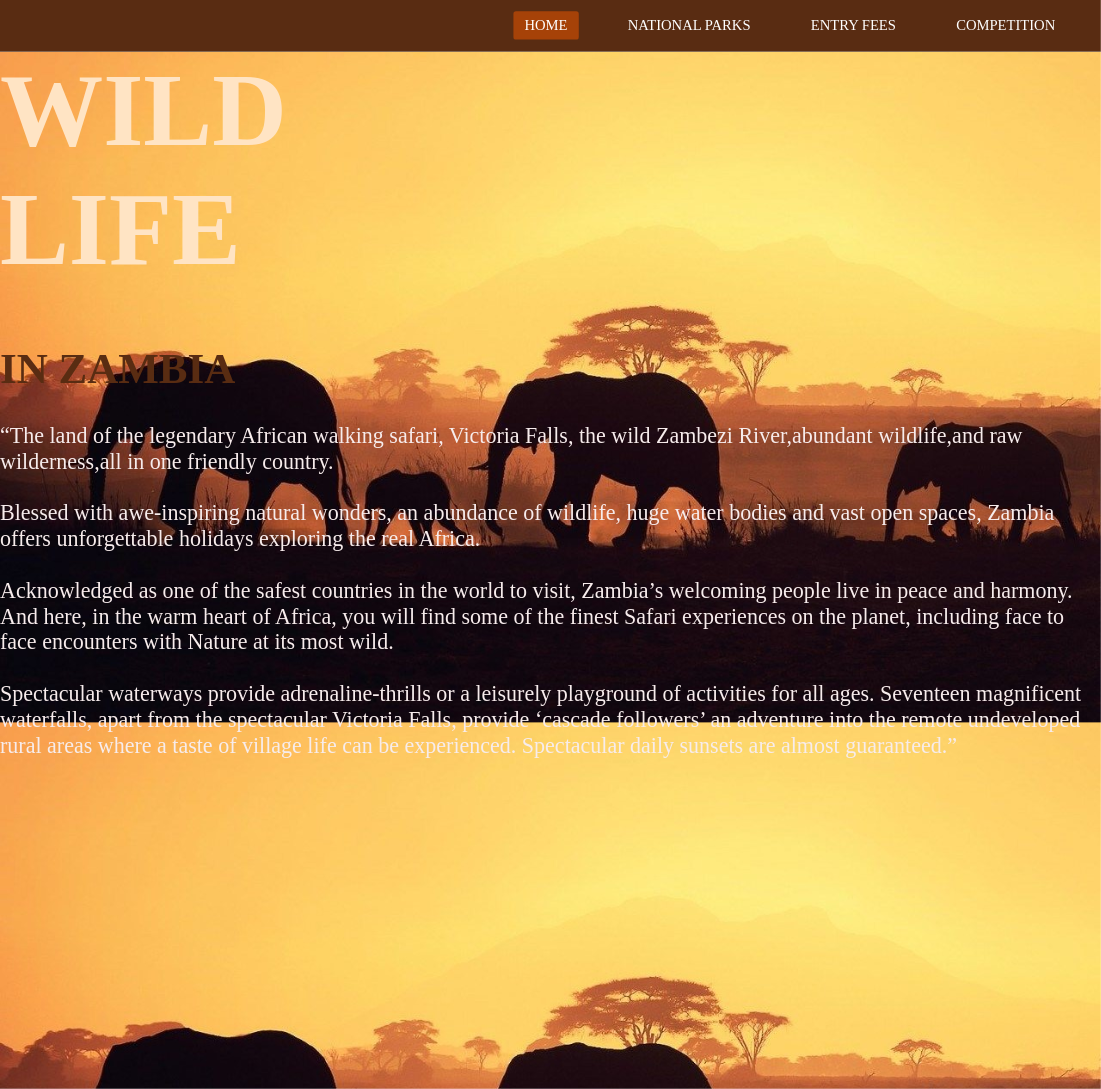
Repository: Lungdjos/web_assignment_3rd_yr
Page: home/index.html
The author's editor kept a copy of each file at every save. The page is drawn from the files as they stood at one save, then again after a run of saves.
The browser window is 1280 px wide. The pictures show the whole page, at 86% of full size.
Some web libraries are served in a nearby version.

Above is the page before, as saved 2021-06-18 15:25:50.

### home/index.html
<!DOCTYPE html>
<html lang="en">

<head>
    <meta charset="UTF-8">
    <meta http-equiv="X-UA-Compatible" content="IE=edge">
    <meta name="viewport" content="width=device-width, initial-scale=1.0">
    <link rel="stylesheet" href="index.css">


    <title>Home</title>
    <script src="https://kit.fontawesome.com/a076d05399.js"></script>
</head>

<body>
    <nav>
        <input type="checkbox" id="check">
        <label for="check" class="checkbtn">
            <i class="fas fa-bars"></i>
        </label>
        <label class="logo">  </label>

        <ul>
            <li><a class="active" href="#">Home</a></li>
            <li><a class="dropdown" href="#">National Parks</a>
                <ul class="drop">
                    <li>
                        <a href="/national parks/lower_zambezi/Lower_Zambezi.html">Lower Zambezi</a>
                    </li>
                    <li>
                        <a href="/national parks/mosi-oa-tunia/Mosi-oa-Tunya.html">Mosi oa Tunia</a>
                    </li>
                    <li>
                        <a href="/national parks/south_luangwa/South_Luangwa.html">South Luangwa</a>
                    </li>
                    <li>
                        <a href="/national parks/north_luangwa/North_Luangwa.html">North Luangwa</a>
                    </li>
                </ul>
            </li>
            <li><a href="/entry fee/entry_fee.html">Entry Fees</a></li>
            <li><a href="/competition/competition.html">Competition</a></li>

        </ul>
    </nav>
    <div>
        <section>
            <div>
                <p class="welcome">
                    <strong class="num1">WILD</strong><br>
                    <strong class="num2">LIFE</strong><br>
                    <strong class="num3">IN ZAMBIA</strong>
                </p>
            </div>
            <br>
            <div>
                <p class="para2">
                    <q>The land of the legendary African walking safari, Victoria Falls, the wild Zambezi River,abundant wildlife,and raw wilderness,all in one friendly country. <br><br>Blessed with awe-inspiring natural wonders, an abundance of wildlife,
                    huge water bodies and vast open spaces, Zambia offers unforgettable holidays exploring the real Africa. <br><br>Acknowledged as one of the safest countries in the world to visit, Zambia’s welcoming people live in peace and harmony. And here,
                    in the warm heart of Africa, you will find some of the finest Safari experiences on the planet, including face to face encounters with Nature at its most wild.<br> <br>Spectacular waterways provide adrenaline-thrills or a leisurely playground
                    of activities for all ages. Seventeen magnificent waterfalls, apart from the spectacular Victoria Falls, provide ‘cascade followers’ an adventure into the remote undeveloped rural areas where a taste of village life can be experienced.
                    Spectacular daily sunsets are almost guaranteed.</q></p>
            </div>

        </section>
    </div>


</body>

</html>

### home/index.css
    * {
        padding: 0;
        margin: 0;
        text-decoration: none;
        box-sizing: border-box;
    }

    body {
        font-family: montserrat;
    }

    nav {
        background: #592C12;
        height: 60px;
        width: 100%;
    }

    label.logo {
        color: white;
        font-size: 35;
        line-height: 60px;
        padding: 0 100px;
        font-weight: bold;
    }

    nav ul {
        float: right;
        margin-right: 20px;
    }

    nav ul li {
        display: inline-block;
        line-height: 60px;
        margin: 0 20px;
    }

    nav ul li a {
        color: white;
        font-size: 17px;
        padding: 7px 13px;
        border-radius: 3px;
        text-transform: uppercase;
    }

    a.active,
    a:hover {
        background: #A64208;
        transition: 0.5s;
    }

    .checkbtn {
        font-size: 30px;
        color: white;
        float: right;
        line-height: 60px;
        margin-right: 40px;
        cursor: pointer;
        display: none;
    }

    #check {
        display: none;
    }

    @media (max-width: 1080px) {
        label.logo {
            font-size: 30px;
            padding-left: 50px;
        }
        nav ul li a {
            font-size: 16px;
        }
    }

    @media (max-width: 1080px) {
        .checkbtn {
            display: block;
        }
        ul {
            position: fixed;
            width: 100%;
            height: 100vh;
            background: #592C12;
            top: 80px;
            left: -100%;
            text-align: center;
            transition: all 0.5s;
        }
        nav ul li {
            display: block;
            margin: 50px 0;
            line-height: 20px;
        }
        nav ul li a {
            font-size: 20px;
            font-family: Arial, Helvetica, sans-serif;
        }
        a:hover,
        a.active {
            background: none;
            color: #F2D1B3;
        }
        #check:checked~ul {
            left: 0;
        }
    }

    section {
        background: url(/assets/images/elephants.jpg);
        background-size: no repeat;
        height: calc(180vh - 90px);
    }
    /**New Content Added*/

    nav ul li ul a {
        display: block;
        padding: 0 15px;
        color: white;
        text-decoration: none;
    }

    nav ul li:hover>ul {
        display: block;
    }

    nav ul ul {
        position: absolute;
        top: 30px;
        list-style-type: none;
        line-height: 60px;
    }

    nav ul ul li {
        display: none;
    }

    nav ul ul a {
        width: 100%;
        float: none;
        display: list-item;
        position: relative;
    }

    nav ul ul li a {
        display: list-item;
        list-style-type: none;
        position: inherit;
    }
    /**Wild Life Formatting*/

    .welcome {
        color: bisque;
        font-size: 120px;
    }

    strong#01 {
        font-size: 100px;
        font-family: Arial, Helvetica, sans-serif;
    }

    strong#02 {
        margin-left: 100px;
    }

    .num3 {
        color: #592C12;
        font-size: 50px;
    }

    .para2 {
        font-variant-position: initial;
        font-size: 1.6em;
        color: rgb(247, 236, 236);
        display: relative;
        float: initial;
    }

After the next 3 saves:
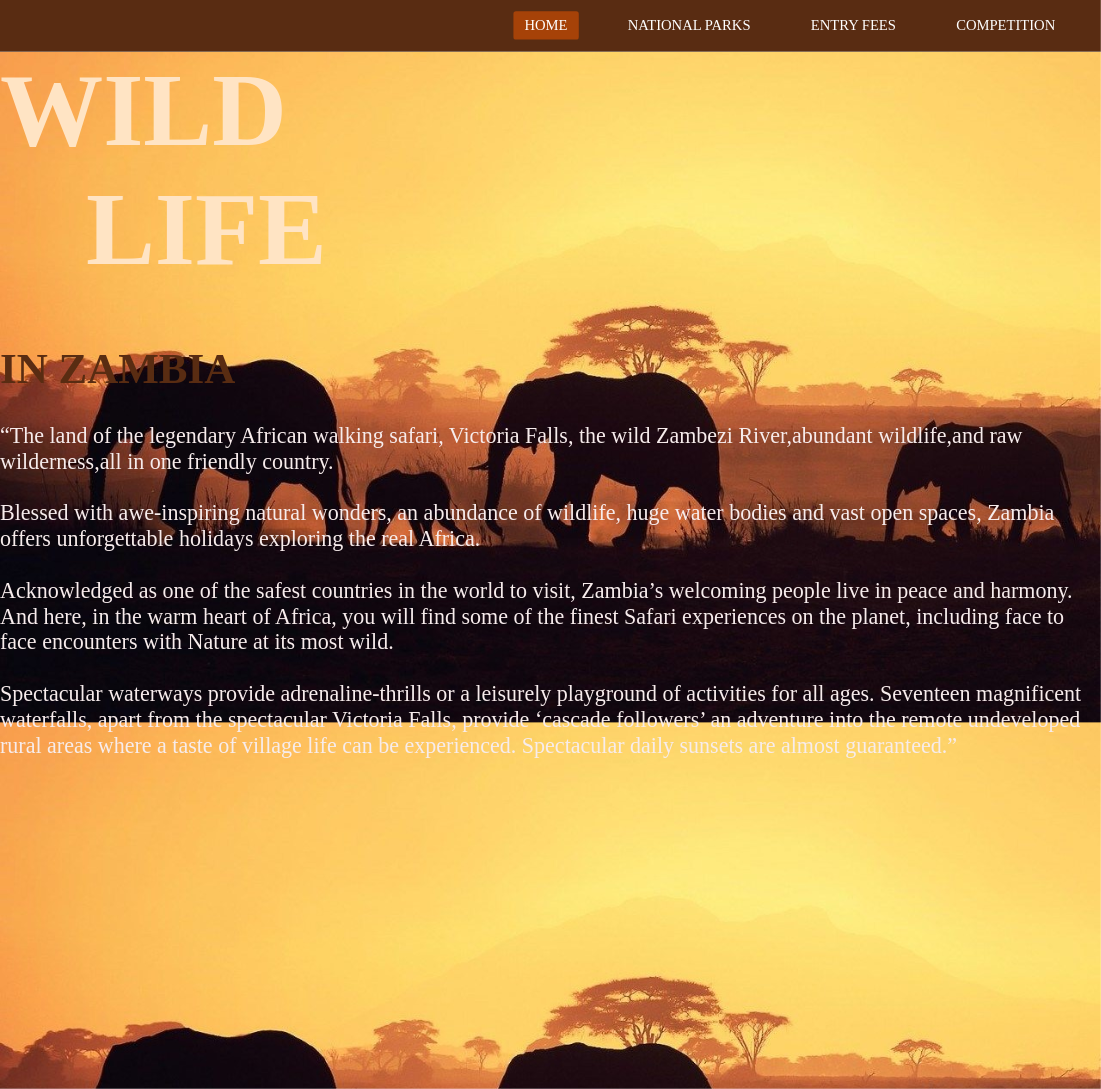
The 3 saves are shown as one change because they came seconds apart.
The last was saved 29 s later.
--- a/home/index.css
+++ b/home/index.css
@@ -158,7 +158,7 @@
         font-family: Arial, Helvetica, sans-serif;
     }
 
-    strong#02 {
+    .num2 {
         margin-left: 100px;
     }
 
